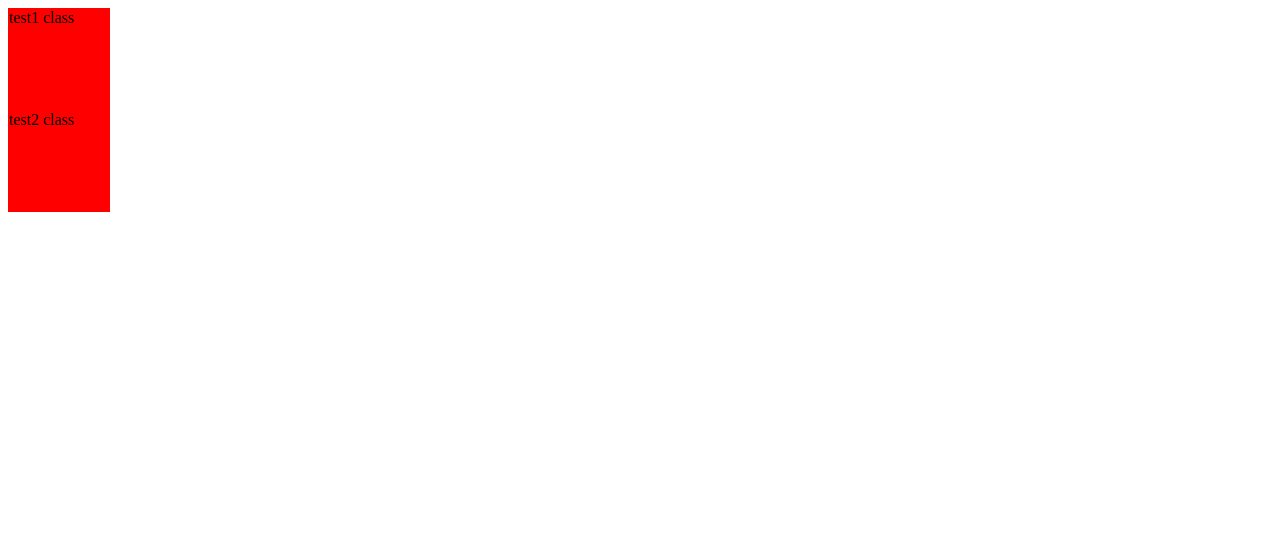
Repository: yuj1818/Hustar_JavaScript
Page: edu/edu/view/test.html
An editor plug-in stored every save of this project. The page is shown before and after the next save, followed by the edit.
The browser window is 1280 px wide. The pictures show the whole page.

Above is the page before, as saved 2022-05-30 07:41:17.

After the next save:
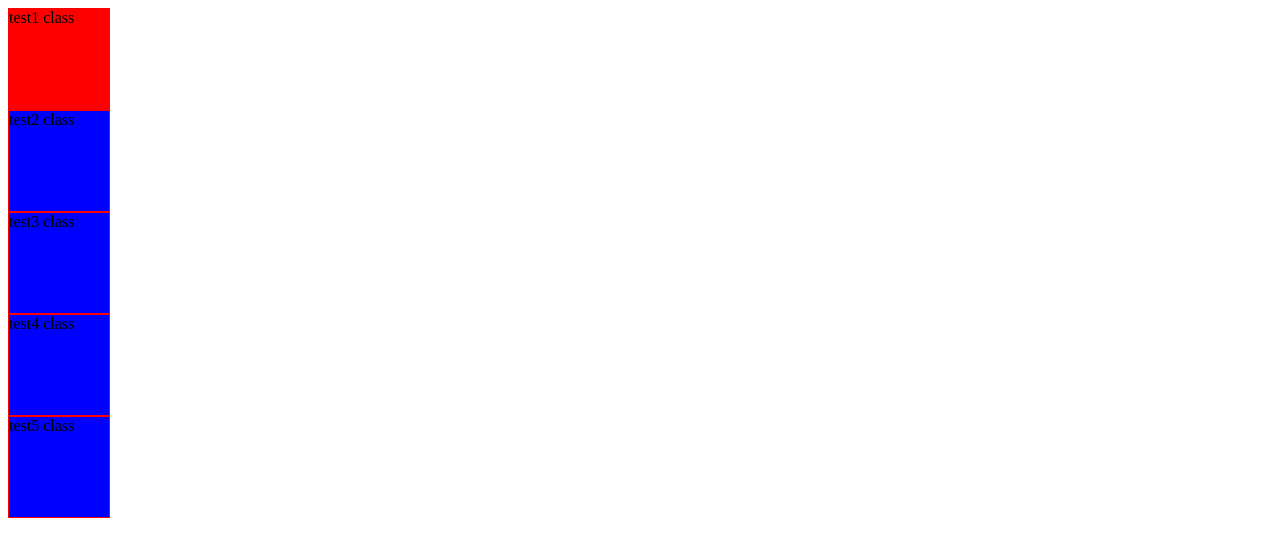
Saved 47 s later.
--- a/edu/edu/view/test.html
+++ b/edu/edu/view/test.html
@@ -5,7 +5,7 @@
 		<title>HTML 및 Javascipt 교육</title>
 		<style>
 			.test_class{
-				border: 1px solid red; background-color:red; width: 100px; height: 100px;
+				border: 1px solid red; background-color:blue; width: 100px; height: 100px;
 			}
 		</style>
 	</head>
@@ -17,6 +17,18 @@
 		<div class="test_class">
 			test2 class
 		</div>
+
+		<div class="test_class">
+			test3 class
+		</div>
+
+		<div class="test_class">
+			test4 class
+		</div>
+
+		<div class="test_class">
+			test5 class
+		</div>
 	</body>
 	<script>
 
